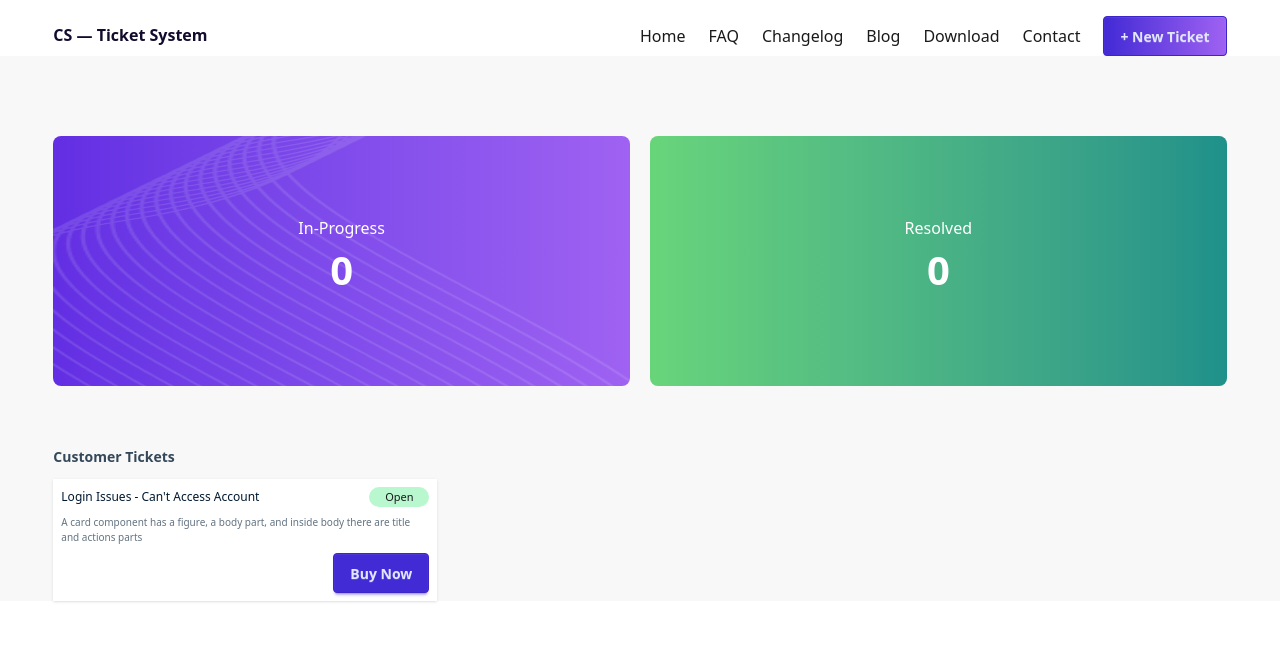
Repository: SanjidaSnigdha/Customer-Support-Zone
Page: /
These files come from the project's save history. The page is drawn as it stood at one moment and after the next save; the edit follows.
The browser window is 1280 px wide. The pictures show the whole page.
The project was rebuilt for these pictures with package versions that can differ from the ones it lists, and the page was loaded fresh each time. Also part of the build but not shown: vite.config.js, src/App.css.

Above is the page before, as saved 2026-03-24 03:34:24.

After the next save:
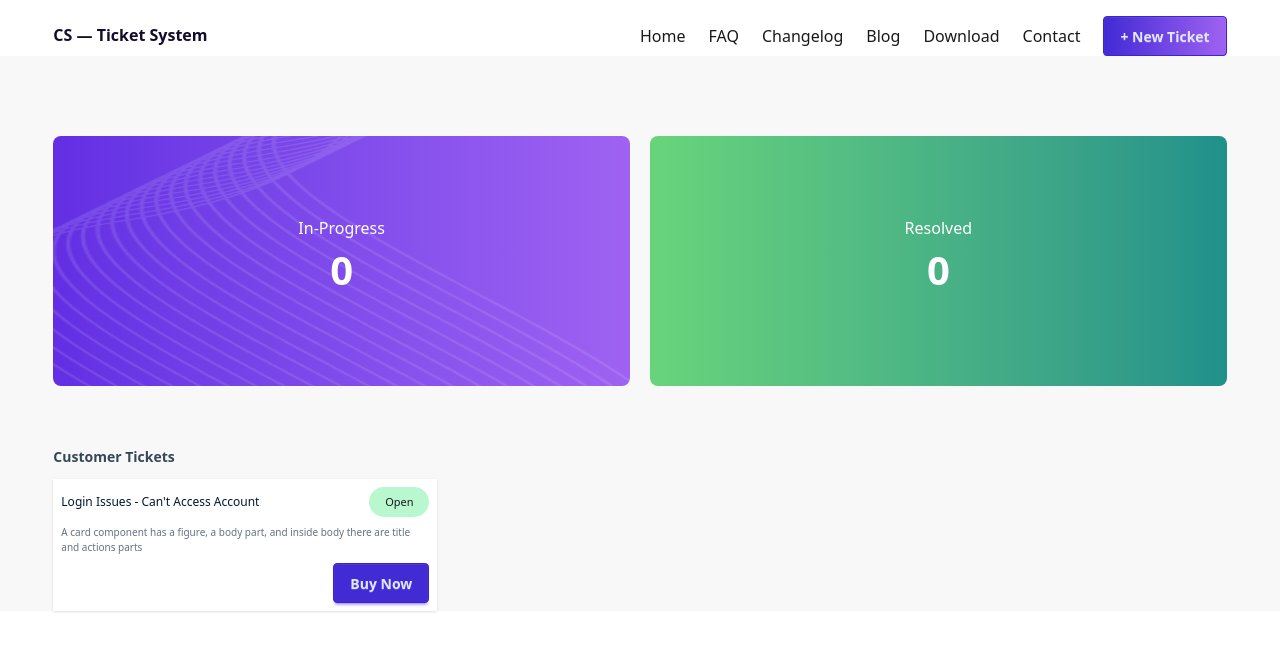
Saved 5 s later.
--- a/src/component/CustomerTickets/CustomerTickets.jsx
+++ b/src/component/CustomerTickets/CustomerTickets.jsx
@@ -10,7 +10,7 @@ const CustomerTickets = ({customerPromise}) => {
   <div className="card-body">
     <div className='flex justify-between'>
      <h2 className="card-title text-[#001931] font-medium text-[12px]">Login Issues - Can't Access Account</h2>
-     <button className='rounded-4xl bg-[#B9F8CF] w-[60px] h-[20px]'>Open</button>
+     <button className='rounded-4xl bg-[#B9F8CF] w-[60px] h-[30px]'>Open</button>
 
     </div>
     <p className='text-[#627382] text-[10px] font-medium'>A card component has a figure, a body part, and inside body there are title and actions parts</p>
